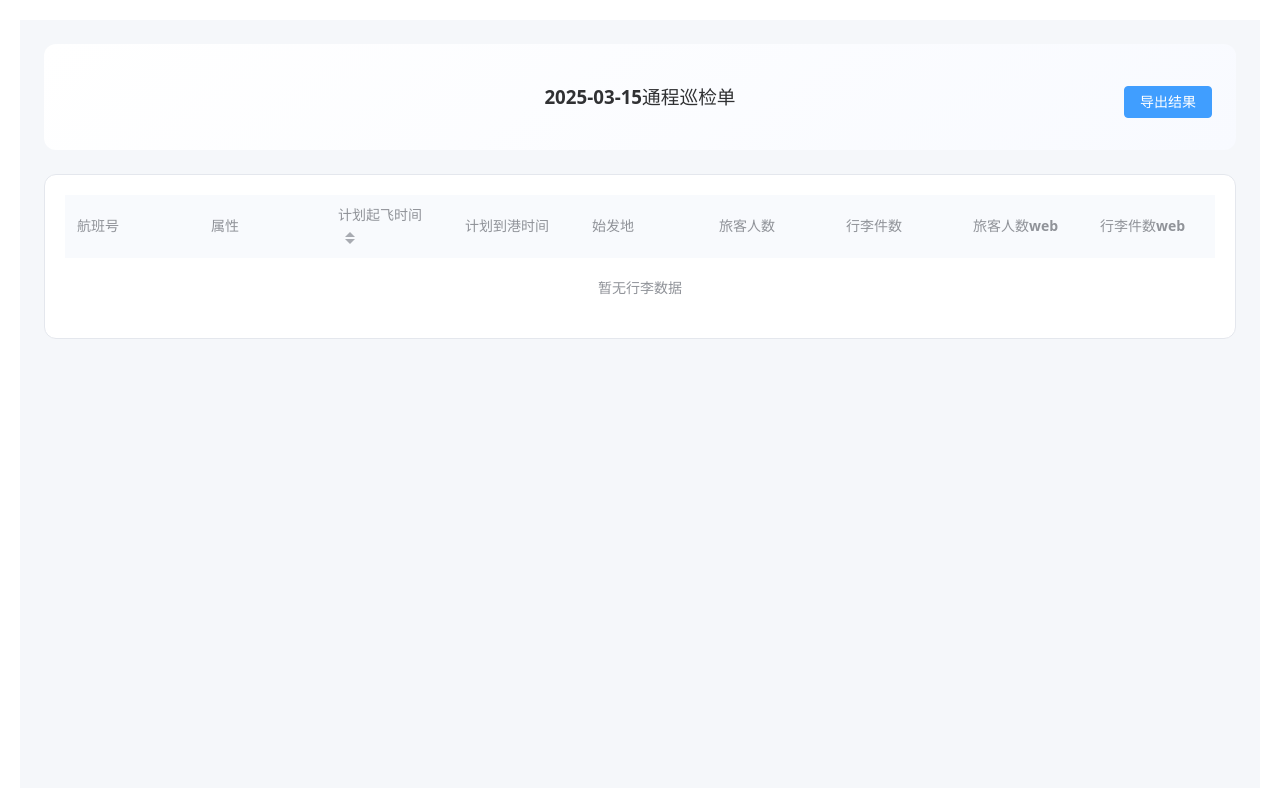
Repository: jhonMacTavish/through-baggage-info-check
Page: / (app in web/)
The author's editor kept a copy of each file at every save. The page is drawn from the files as they stood at one save, then again after the next save.
The browser window is 1280 px wide. The pictures show the whole page.
The page's requests for data from a server got no answer. The project was rebuilt for these pictures with package versions that can differ from the ones it lists, and the page was loaded fresh each time. No one was signed in, and anything a server would have sent is missing. Also part of the build but not shown: web/vite.config.js.

Above is the page before, as saved 2025-03-27 16:29:22.

After the next save:
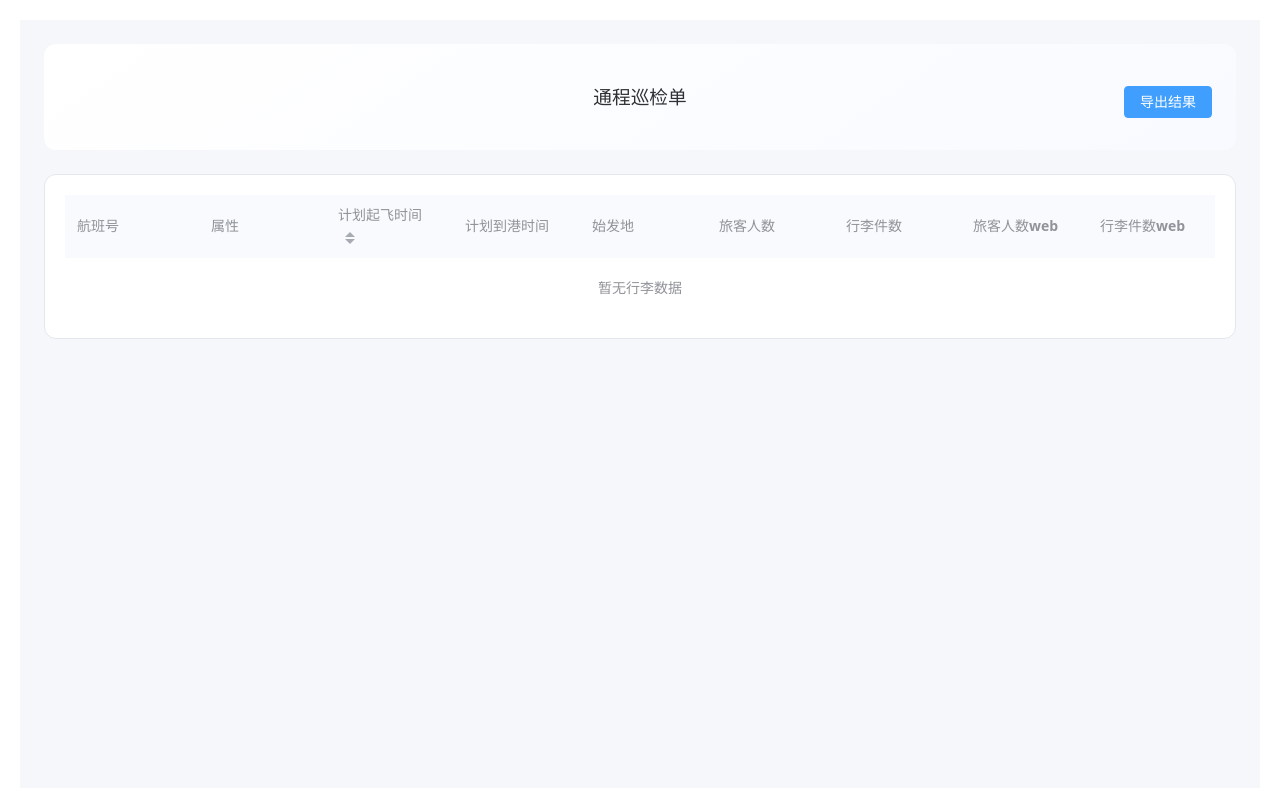
Saved 4 min 27 s later.
--- a/web/src/App.vue
+++ b/web/src/App.vue
@@ -2,7 +2,11 @@
  * @Author: john_mactavish 981192661@qq.com
  * @Date: 2025-03-12 09:20:58
  * @LastEditors: john_mactavish 981192661@qq.com
+<<<<<<< HEAD
  * @LastEditTime: 2025-03-27 15:37:20
+=======
+ * @LastEditTime: 2025-03-27 16:15:50
+>>>>>>> 01a0f82a00088ada01165829f97c5a6ac6399a6a
  * @FilePath: \passengerInfoSearch\web\src\App.vue
 -->
 <script setup>
@@ -15,7 +19,6 @@
 
 const tableData = ref([])
 const loading = ref(false)
-const date = dayjs().format('YYYY-MM-DD')
 
 const getData = async () => {
   try {
@@ -23,7 +26,8 @@
       params: {}
     });
     if (data.data.length == 0) {
-      ElMessage.warning(`没有通程行李信息`)
+      ElMessage.warning(`该旅客没有值机信息`)
+      reset()
     } else {
       tableData.value = data.data.map(item => ({
         ...item,

After the save that followed:
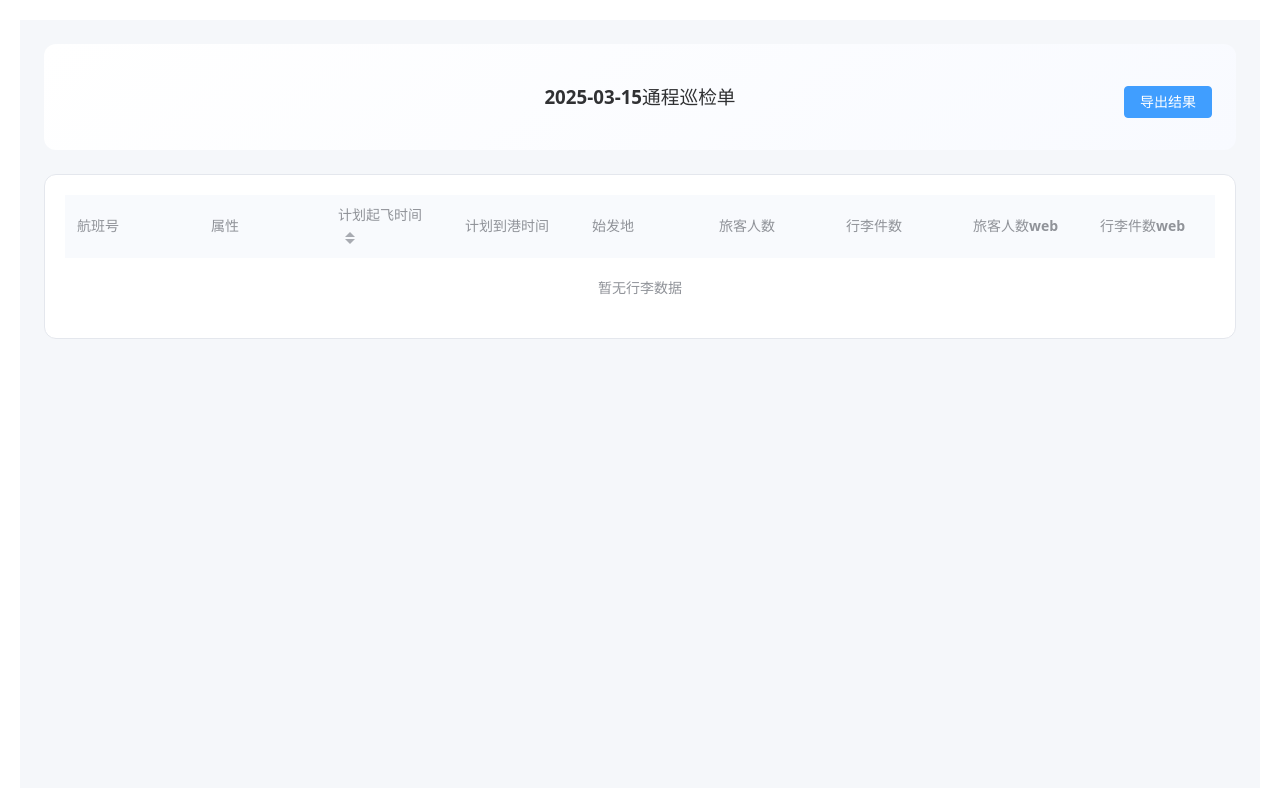
Saved 2 min 17 s later.
--- a/web/src/App.vue
+++ b/web/src/App.vue
@@ -3,7 +3,7 @@
  * @Date: 2025-03-12 09:20:58
  * @LastEditors: john_mactavish 981192661@qq.com
 <<<<<<< HEAD
- * @LastEditTime: 2025-03-27 15:37:20
+ * @LastEditTime: 2025-03-27 16:36:06
 =======
  * @LastEditTime: 2025-03-27 16:15:50
 >>>>>>> 01a0f82a00088ada01165829f97c5a6ac6399a6a
@@ -19,6 +19,7 @@
 
 const tableData = ref([])
 const loading = ref(false)
+const date = dayjs().format('YYYY-MM-DD')
 
 const getData = async () => {
   try {
